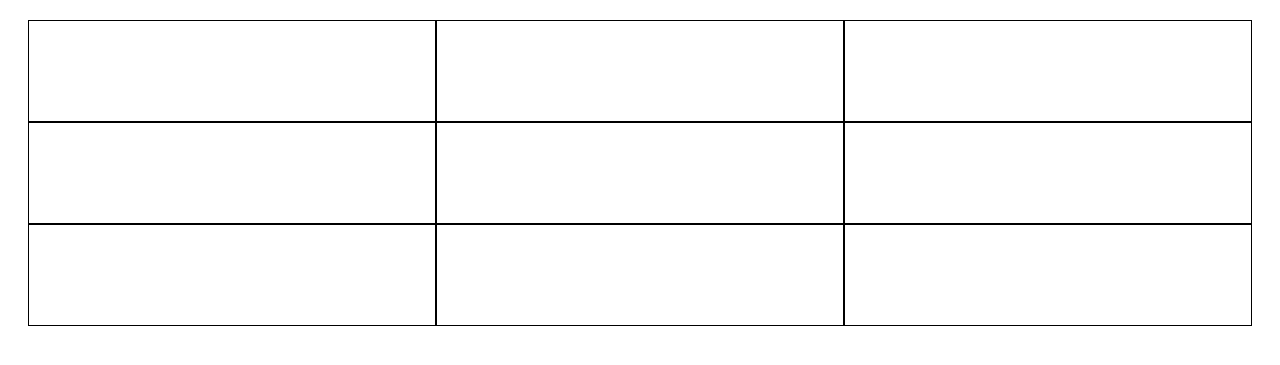
Repository: khalifalmahmud0/React__Tic-Tac-Toe
Page: /
The author's editor kept a copy of each file at every save. The page is drawn from the files as they stood at one save, then again after the next save.
The browser window is 1280 px wide. The pictures show the whole page.
The project was rebuilt for these pictures with package versions that can differ from the ones it lists, and the page was loaded fresh each time. Also part of the build but not shown: vite.config.js, src/App.css, src/assets/css/index.css.

Above is the page before, as saved 2023-06-06 23:09:11.

After the next save:
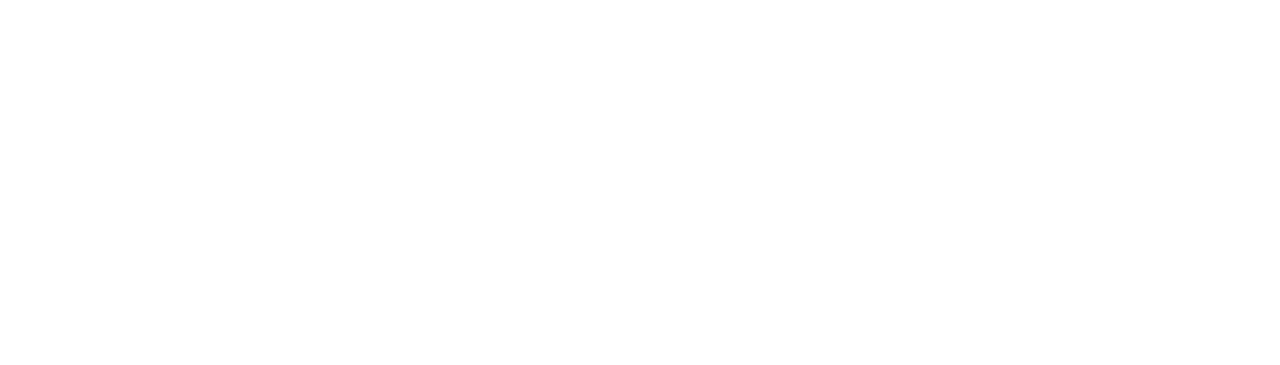
Console error: ReferenceError: clickSingleBox is not defined
Saved 7 min 48 s later.
--- a/src/components/Box/Box.jsx
+++ b/src/components/Box/Box.jsx
@@ -2,7 +2,7 @@
 export default function Box({ value }) {
 	return (
 		<>
-			<div className="boxContainer">
+			<div className="boxContainer" onClick={clickSingleBox}>
 				<h5>{value}</h5>
 			</div>
 		</>

After the save that followed:
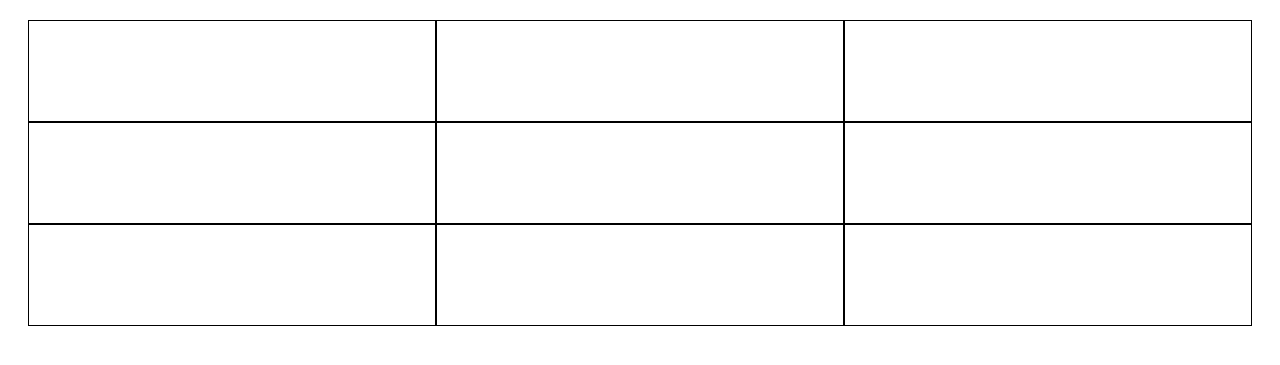
The error is gone.
Saved 6 s later.
--- a/src/components/Box/Box.jsx
+++ b/src/components/Box/Box.jsx
@@ -1,5 +1,5 @@
 import "./Box.css";
-export default function Box({ value }) {
+export default function Box({ value, clickSingleBox }) {
 	return (
 		<>
 			<div className="boxContainer" onClick={clickSingleBox}>
